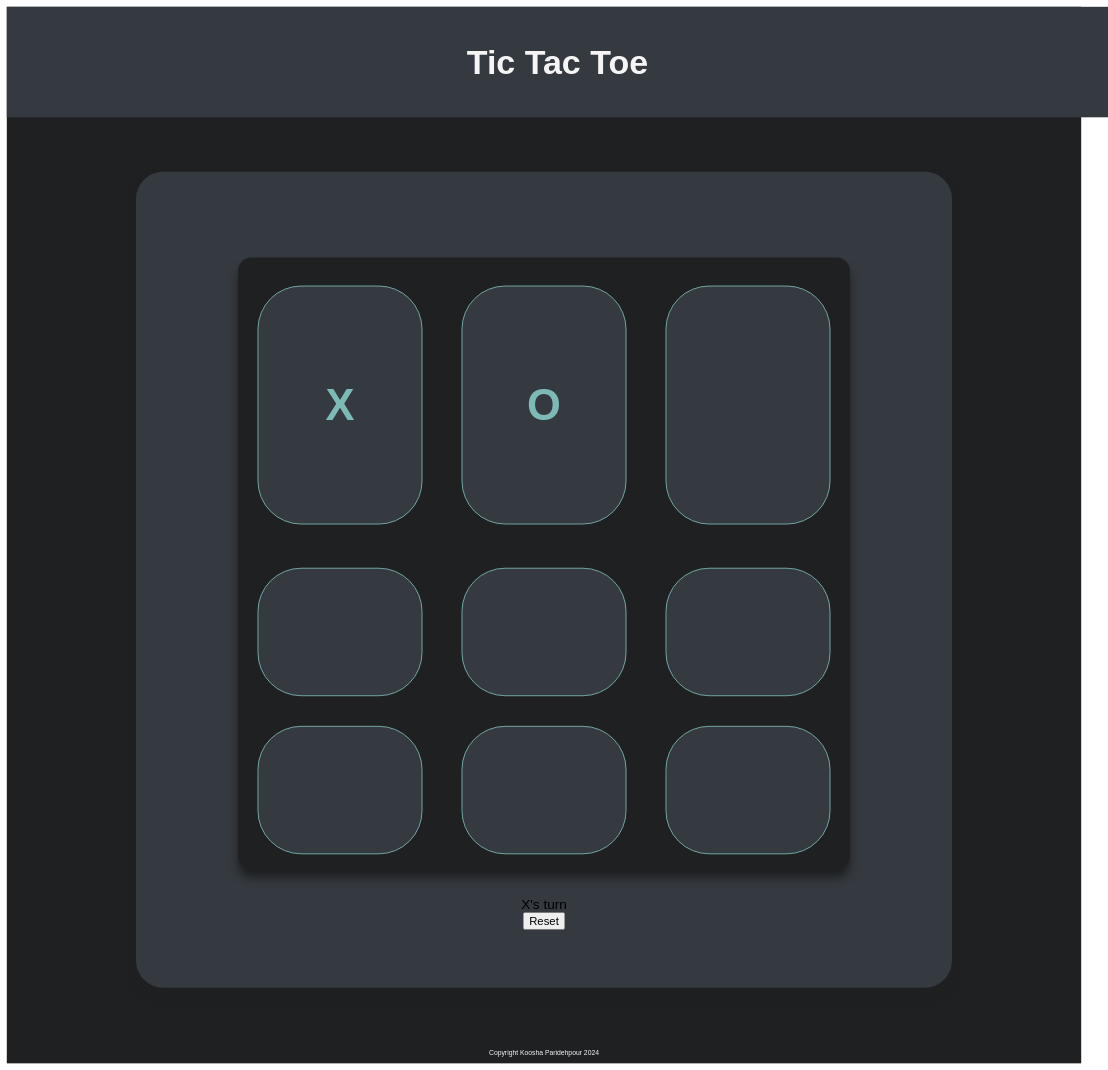
Repository: KooshaPari/odin-TTT
Page: index.html
These files come from the project's save history. The page is drawn as it stood at one moment and after the next save; the edit follows.
The browser window is 1280 px wide. The page is 1304 px wide, so the pictures cover 1304 px, including what lies to the right of the window. The pictures show the whole page, at 85% of full size.

Above is the page before, as saved 2024-03-14 23:05:44.

After the next save:
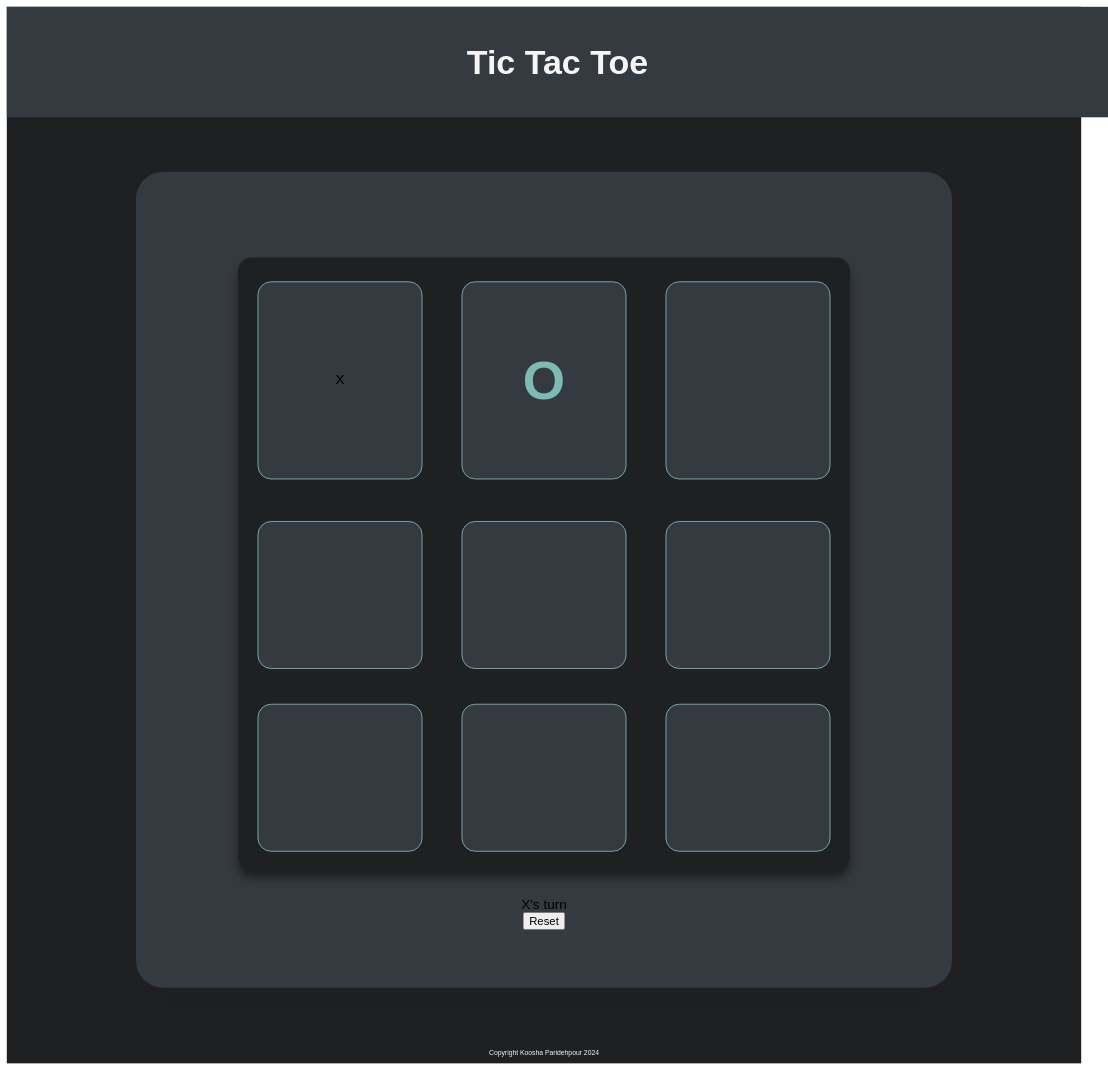
Saved 11 s later.
--- a/style.css
+++ b/style.css
@@ -115,8 +115,16 @@
   display: flex;
   align-items: center;
   white-space: nowrap;
-  font-size: 4vw;
+}
+.square p {
+  font-size: 4em;
   color: #7ebab5;
   font-weight: bold;
   overflow: hidden;
+  align-self: center;
+  justify-self: center;
+  text-align: center;
+  padding: 0;
+  margin: 0;
+  display: inline;
 }
